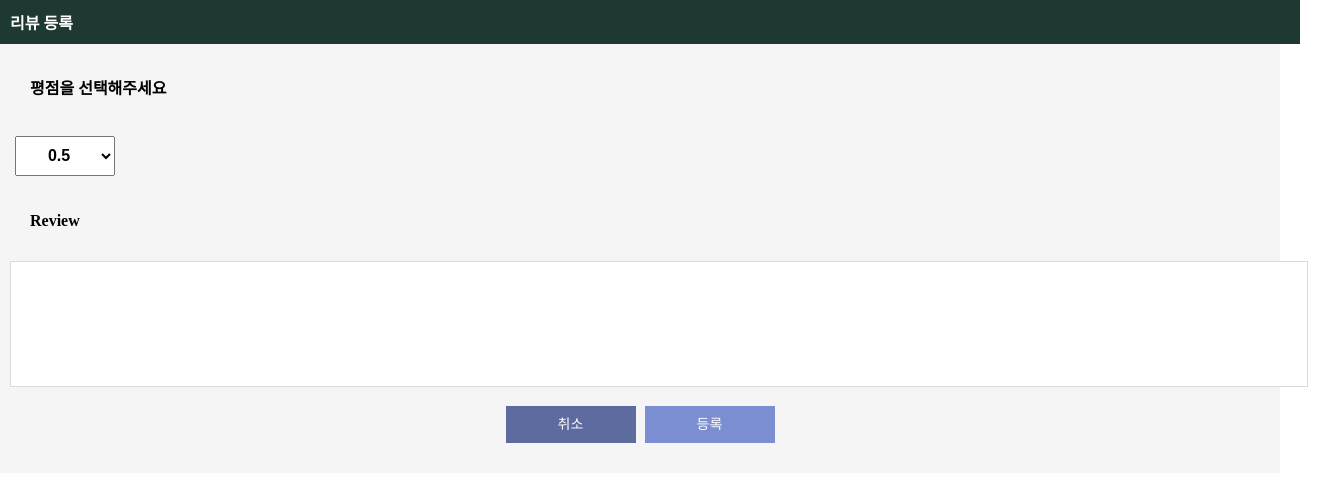
Repository: KimYoungHwans/Yproject
Page: http://localhost/Yproject/WEB-INF/views/replyEnroll.jsp
These files come from the project's save history. The page is drawn as it stood at one moment and after the next save; the edit follows.
The browser window is 1280 px wide. The page is 1318 px wide, then 1300 px, then 1318 px, so the pictures cover 1318 px, including what lies to the right of the window. The pictures show the whole page.
The page is served by Tomcat 9. Nobody is signed in. The template is opened directly, without the code that normally fills it, so the values that code supplies are empty.

Above is the page before, as saved 2023-01-18 07:11:43.

After the next save:
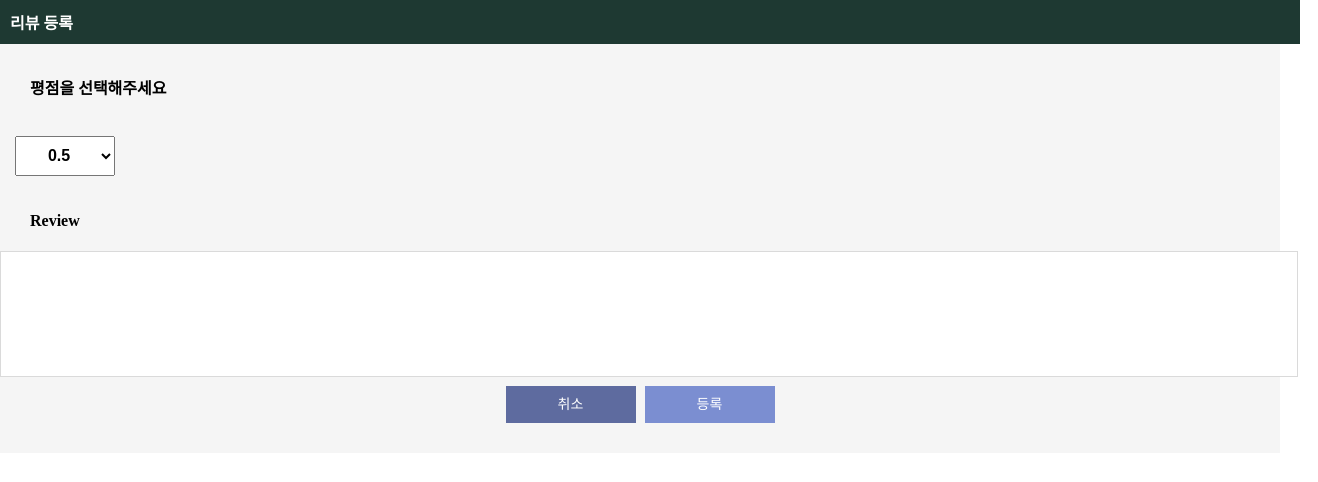
Saved 11 s later.
--- a/workspace/Yproject/src/main/webapp/WEB-INF/views/replyEnroll.jsp
+++ b/workspace/Yproject/src/main/webapp/WEB-INF/views/replyEnroll.jsp
@@ -96,7 +96,7 @@
 	    font-size: 15px;
 	    color: #a9a9a9;
 	    resize: none;
-	    margin : 10px;
+	    margin : 10px , 10px, 10px, 10px;
   	}
 
   </style>

After the 2 saves that followed:
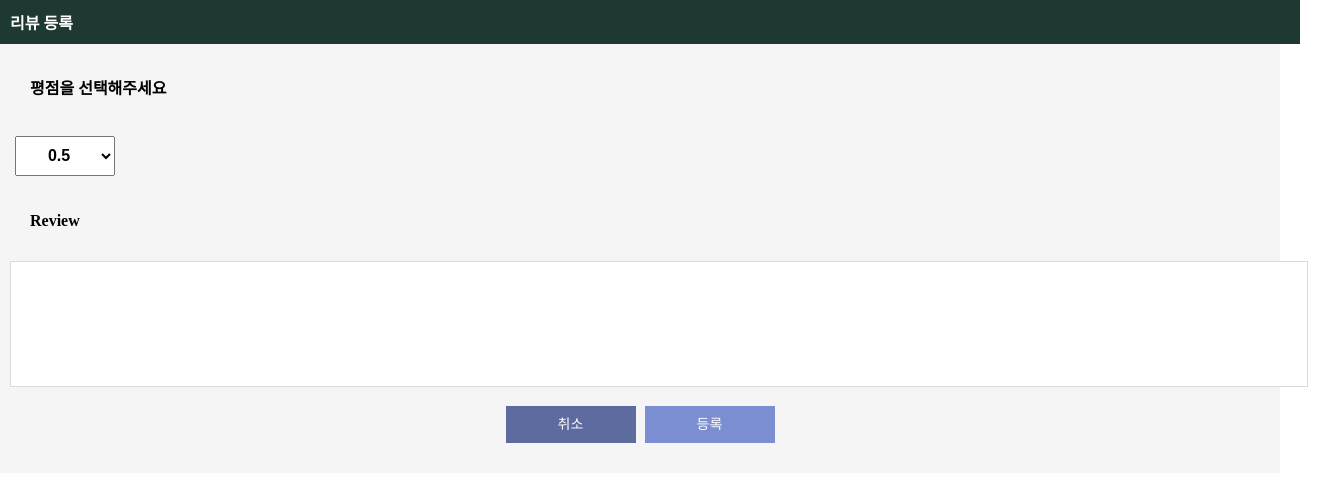
The 2 saves are shown as one change because 1 left the picture as it was.
The last was saved 23 s later.
--- a/workspace/Yproject/src/main/webapp/WEB-INF/views/replyEnroll.jsp
+++ b/workspace/Yproject/src/main/webapp/WEB-INF/views/replyEnroll.jsp
@@ -96,7 +96,7 @@
 	    font-size: 15px;
 	    color: #a9a9a9;
 	    resize: none;
-	    margin : 10px , 10px, 10px, 10px;
+	    margin : 10px;
   	}
 
   </style>
